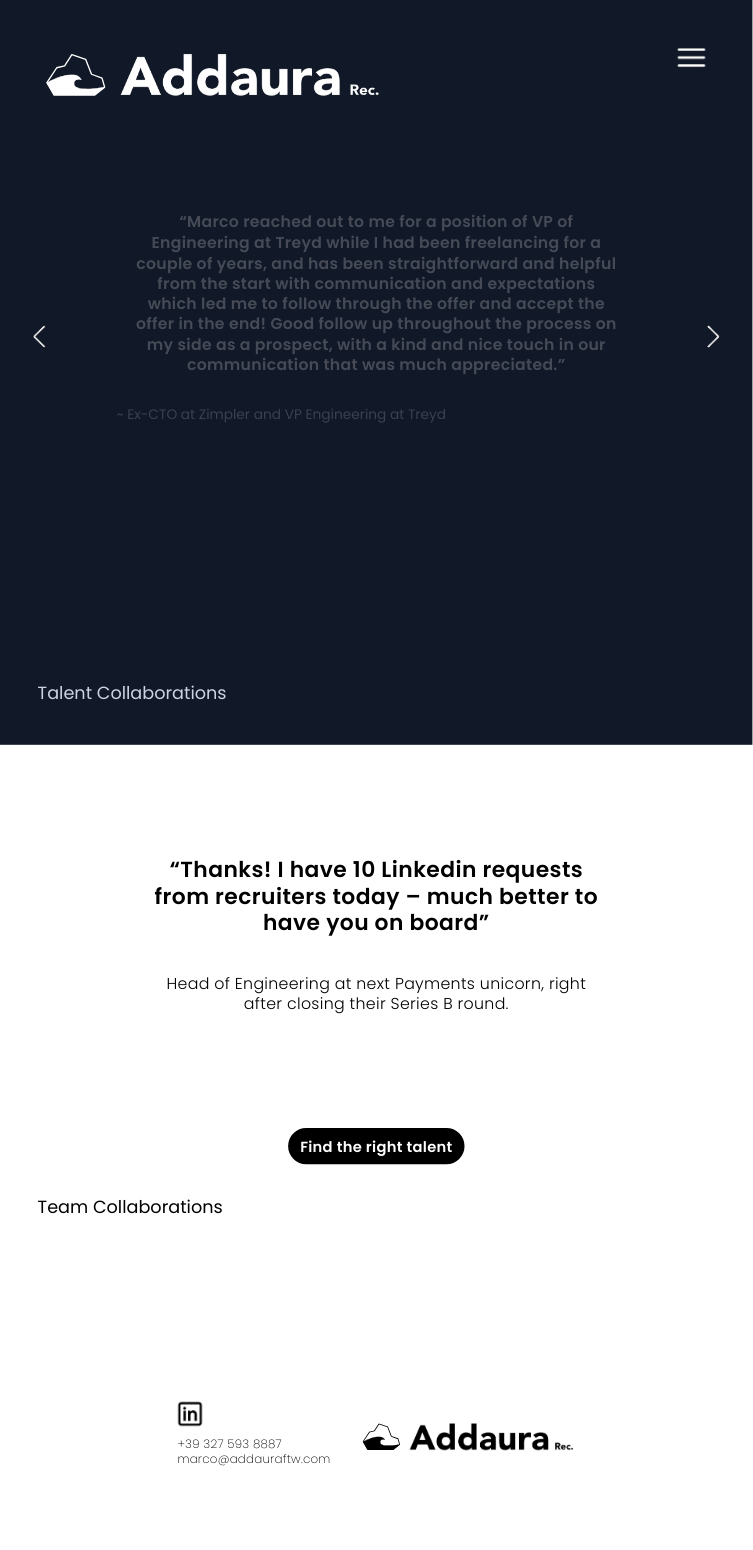
Repository: UnatPannu/Addaura-Trial
Page: public/clients.html
The author's editor kept a copy of each file at every save. The page is drawn from the files as they stood at one save, then again after the next save.
The browser window is 768 px wide. The pictures show the whole page, at 98% of full size.

Above is the page before, as saved 2025-09-22 19:42:49.

### public/clients.html
<!DOCTYPE HTML>
<html>
    <head>
        <meta charset="UTF-8">
        <meta name="viewport" content="width=device-width, initial-scale=1.0">
        <link rel="preconnect" href="https://fonts.googleapis.com">
        <link rel="preconnect" href="https://fonts.gstatic.com" crossorigin>
        <link href="https://fonts.googleapis.com/css2?family=Montserrat:ital,wght@0,100..900;1,100..900&family=Poppins:ital,wght@0,100;0,200;0,300;0,400;0,500;0,600;0,700;0,800;0,900;1,100;1,200;1,300;1,400;1,500;1,600;1,700;1,800;1,900&display=swap" rel="stylesheet">
        <link rel="stylesheet" href="styles/styles.css">
        <link rel="stylesheet" href="styles/clients.css">
        <title>Clients - Addaura Rec</title>
        <link rel="icon" href="assets/Addaura-logo/rock.svg" media="(prefers-color-scheme: light)">
        <link rel="icon" href="assets/Addaura-logo/rock-dark.svg" media="(prefers-color-scheme: dark)">
    </head>
    <body class="clients">
        <div class="top-section">
        <header>
        <nav class="navbar" role="navigation" aria-label="Main navigation">
             <a href="index.html" class="mobile-logo">
                <img src="assets/Addaura-logo/logo.svg" alt="Addaura Logo" />
            </a>
                <button class="nav-toggle" aria-label="Toggle menu">
                    <span class="menu-icon"><img src="assets/Icons/nav-toggle.png"/></span>
                    <span class="close-icon"><img src="assets/Icons/nav-cross-white.png"/></span>
                </button>
            <div class="nav-menu">
                <ul class="nav-links">
                    <li><a href="index.html"><img src="assets/Addaura-logo/logo.svg" alt="Addaura Logo" id="nav-logo"/></a></li>
                    <li><a href="about-me.html">About Me</a></li>
                    <li><a href="services.html">Services</a></li>
                    <li id="active"><a href="clients.html">Clients</a></li>
                    <li><a href="contact.html">Contact</a></li>
                    <li><a href="#">Blog</a></li>
                    <li><a href="send-cv.html" id="cv-button">Send CV</a></li>
                </ul>
            </div>
        </nav>
        </header>
        <section class="testimonials-section">
  <div class="testimonials-wrapper">
    <button class="arrow left"><img src="assets/Icons/left-arrow.svg" alt="Prev"></button>
    <div class="testimonial-2 fade">
      <p>“I've had the pleasure of engaging with Marco in his role as recruiter and find him to be a diligent, persistent and focused individual.”</p>
      <span>~ Ex-Klarna, Spotify, and Volvo Cars Engineering and Product leader</span>
    </div>
    <button class="arrow right"><img src="assets/Icons/right-arrow.svg" alt="Next"></button>
  </div>
</section>
</div>
    <div class="bottom-text">Talent Collaborations</div>
    </section>
            <div class="logo-container dark">
                <div class="testimonial-logo"><img src="assets/Client logos/profile-centevo.png" alt="Profile Centevo"/></div>
                <div class="testimonial-logo"><img src="assets/Client logos/flatpay.png" alt="Flatpay"/></div>
                <div class="testimonial-logo"><img src="assets/Client logos/ratepay.png" alt="Ratepay"/></div>
                <div class="testimonial-logo"><img src="assets/Client logos/treyd.png" alt="Treyd"/></div>
                <div class="testimonial-logo"><img src="assets/Client logos/yabie.png" alt="Yabie"/></div>
                <div class="testimonial-logo"><img src="assets/Client logos/paycomplete.png" alt="PayComplete"/></div>
            </div>
        <div class="team-section">
            <h4>“Thanks! I have 10 Linkedin requests from recruiters today – much better to have you on board”</h4>
            <p>Head of Engineering at next Payments unicorn, right after closing their Series B round.</p>
            <a href="contact.html"><button class="mobile-cta">Find the right talent</button></a>
            <div class="bottom-text">Team Collaborations</div>
        </div>

        <footer>
            <div class="contact-info">
                <div class="footer-logos">
                    <a href="http://linkedin.com/in/marco-mannino-053960225"><img src="assets/Footer/linkedin-icon.png" alt="Linkedin"/></a>
                </div>
                <p>+39 327 593 8887</p>
                <p>marco@addauraftw.com</p>
            </div>
            <img src="assets/Addaura-logo/logo-black.svg" alt="Addaura" id="Addaura-logo"/>
        </footer>
        <script src="scripts/script.js"></script>
        <script src="scripts/clients.js"></script>
    </body>
    </html>

### public/styles/clients.css
/*Top Section*/
.clients .top-section{
  background-color: #111827;
  height:95vh;
}
.testimonials-section {
  display: flex;
  flex-direction: column;
  justify-content: center;
  align-items: center;
  height: 100vh; /* full height */
  position: relative;
  padding: 20px;
  box-sizing: border-box;
}
.testimonials-wrapper {
  display: flex;
  align-items: center;
  justify-content: center;
  margin-bottom:10%;
  max-width: 900px;
  width: 100%;
  position: relative;
}
.testimonial-2 {
  max-width: 80%;
  text-align: center;
  color:white;
  padding-bottom:5%;
}
.testimonial-2 p {
  font-size: clamp(1.1rem, 1.25vw, 1.5rem); /* ≈ 24px */
  font-weight: var(--semi-bold);
  line-height: 1.5;
  margin-bottom: 5%;
}
.testimonial-2 span {
  font-size: clamp(0.8rem, 0.9vw, 1.06rem);
  color: #cbd5e1;
}
.arrow {
  background: none;
  border: none;
  padding: 0;
  cursor: pointer;
  display: flex;
  align-items: center;
}
.arrow img {
  width: 18px;    /* adjust thinness */
  height: auto;
  opacity: 0.9;
  transition: opacity 0.3s;
}
.arrow:hover img {
  opacity: 0.6;
}
.arrow.left {
  position: absolute;
  left: -50px; /* adjust for layout */
  top: 50%;
  transform: translateY(-50%);
}
.arrow.right {
  position: absolute;
  right: -50px;
  top: 50%;
  transform: translateY(-50%);
}
.fade {
  animation: fadeEffect 0.6s;
}
/*Team Collaborations*/
.team-section{
  width:100vw;
  height:50vh;
  position:relative;
  margin-top:10%;
  margin-bottom:8%;
  text-align:center;
}
.team-section p{
  font-weight:300;
}
.team-section h4,.team-section p{
  width:40%;
  margin-inline:auto;
  margin-bottom:2%;
}
.team-section .bottom-text{
  color:black;
  position:absolute;
  bottom:30px;
}
.logo-container.dark {
  overflow: auto;
  scrollbar-width: none;
  -ms-overflow-style: none;
  background-color: white;
  gap: 5%;
  padding: 2%;
  margin-left: -7%;
  margin-top:1%;
}
.logo-container.dark .testimonial-logo {
  background-color: #111827; /* switched */
}
.logo-container.dark::-webkit-scrollbar {
  display: none;
}
.bottom-text {
  position: absolute;
  left: 5%;
  bottom:10%;
  font-size: 0.75rem;
  color: #cbd5e1;
  z-index:2;
}
.mobile-cta{
  display:none;
}
@media (max-width: 1024px) {
.arrow.left {
    left: 10px;   /* keep inside */
  }
  .arrow.right {
    right: 10px;  /* keep inside */
  }
  .arrow img {
    width: 20px;  /* a bit smaller for mobile */
    padding-inline:15%;
  }
  .testimonial-2 p{
    max-width: 90%;
    margin: 0 auto;
  }
  .testimonial-2 span{
    max-width:70%;
    padding-left:5%;
  }
  .logo-container.dark img{
    width:100%;
  }
}
/*Mobile Only*/
@media(max-width:768px){
    .clients .testimonial-2 p{
    width:85%;
    font-size: clamp(16px, 1.6vw, 23px);
    display:block;
    margin-inline:auto;
    margin-bottom:5%;
  }
  .clients .testimonial-2 span{
    max-width:85%;
    font-size: clamp(14px, 1.5vw, 15px);
    display:block;
    padding-left:26px;
    text-align:justify;
  }
  .logo-container.dark{
    display:none;
  }
  .mobile-cta{
    display:block;
    border-radius:40px;
    background-color:black;
    color:white;
    padding:5px 10px;
    margin-top:15%;
    margin-inline:auto;
    border:2px solid black;
  }
  .team-section{
    width:100vw;
    margin-top:15%;
  }
  .team-section p, .team-section h4{
    width:60%;
    margin-bottom:5%;
  }
}

Loaded but not shown: public/scripts/script.js (87 lines, source omitted); public/scripts/clients.js (40 lines, source omitted); public/styles/styles.css (1166 lines, source omitted)

After the next save:
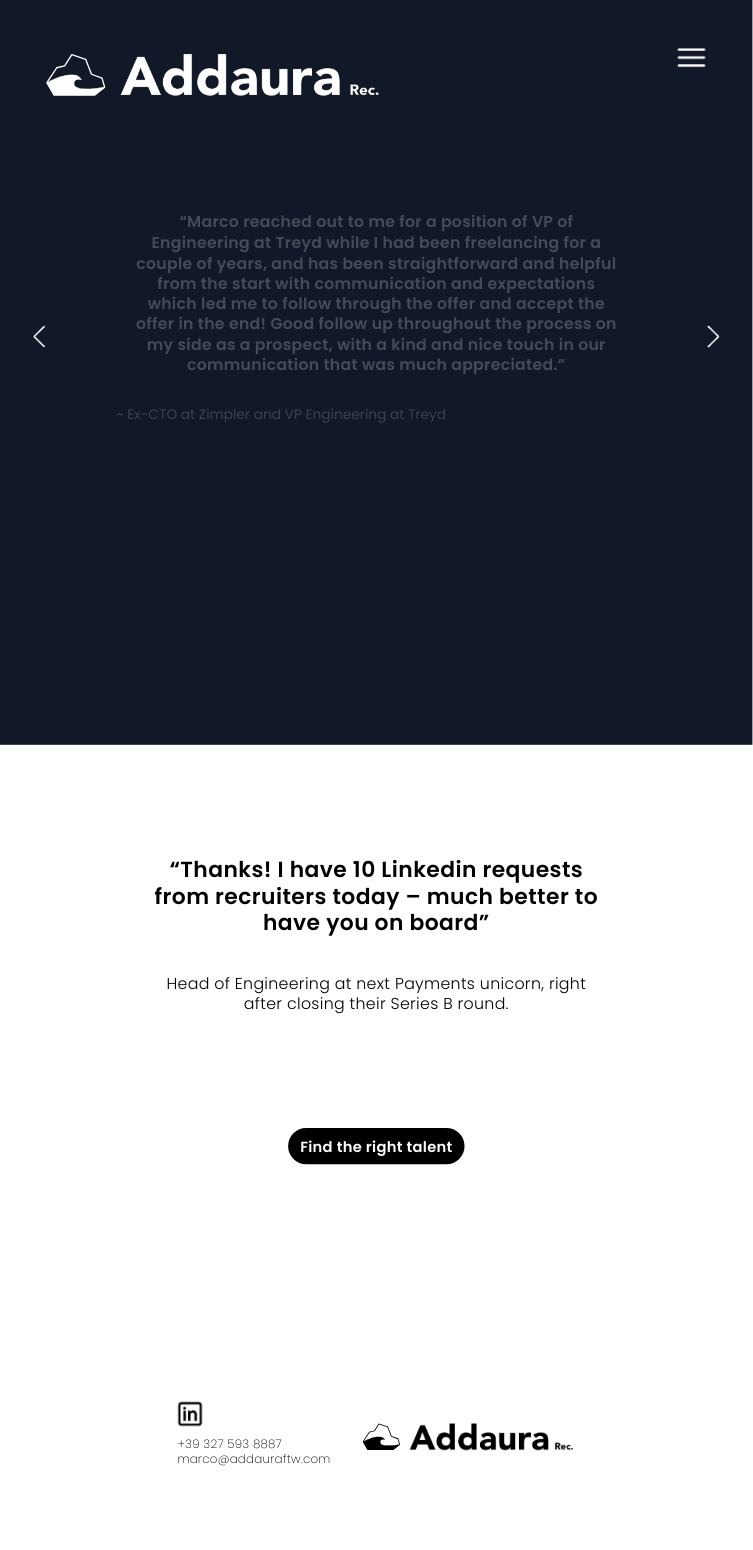
Saved 14 s later.
--- a/public/styles/clients.css
+++ b/public/styles/clients.css
@@ -179,4 +179,7 @@
     width:60%;
     margin-bottom:5%;
   }
+  .bottom-text{
+    display:none;
+  }
 }
